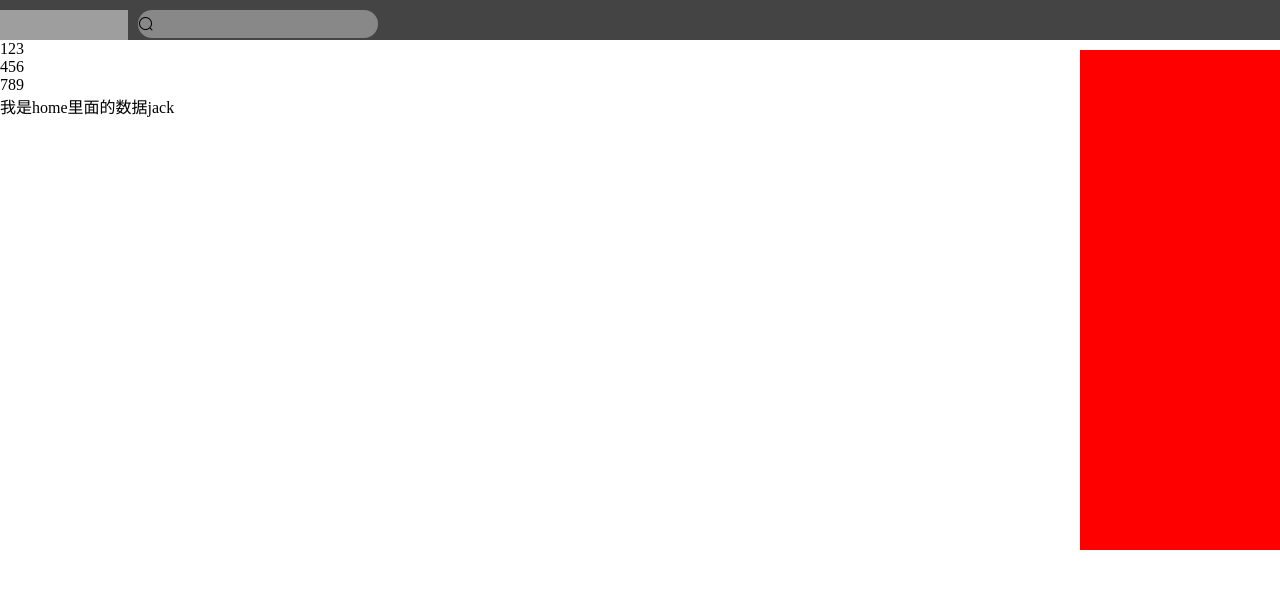
Repository: jinggegeZ/cnode
Page: /
An editor plug-in stored every save of this project. The page is shown before and after the next save, followed by the edit.
The browser window is 1280 px wide. The pictures show the whole page.
Pictures or frames that could not be fetched are drawn as grey boxes. The project was rebuilt for these pictures with package versions that can differ from the ones it lists, and the page was loaded fresh each time.

Above is the page before, as saved 2020-06-05 12:42:20.

After the next save:
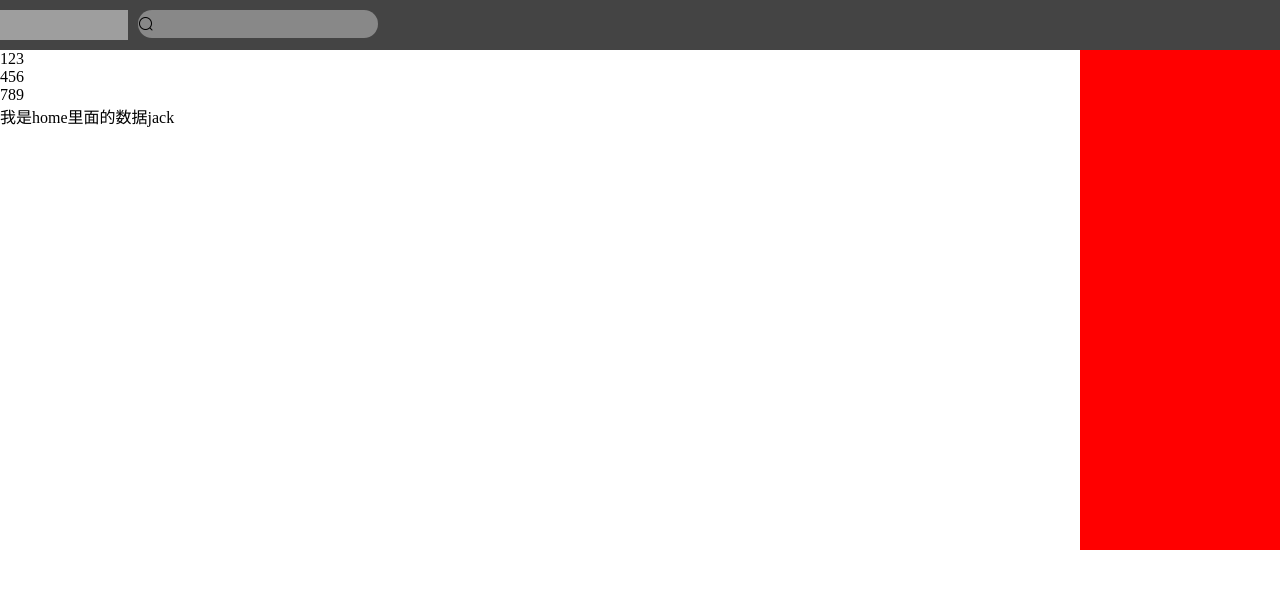
Saved 17 s later.
--- a/src/components/top/top.vue
+++ b/src/components/top/top.vue
@@ -38,7 +38,7 @@ export default {
 <style scoped >
 .top {
   width: 100%;
-  height: 40px;
+  height: 50px;
   background: rgb(68, 68, 68);
 }
 .box {
